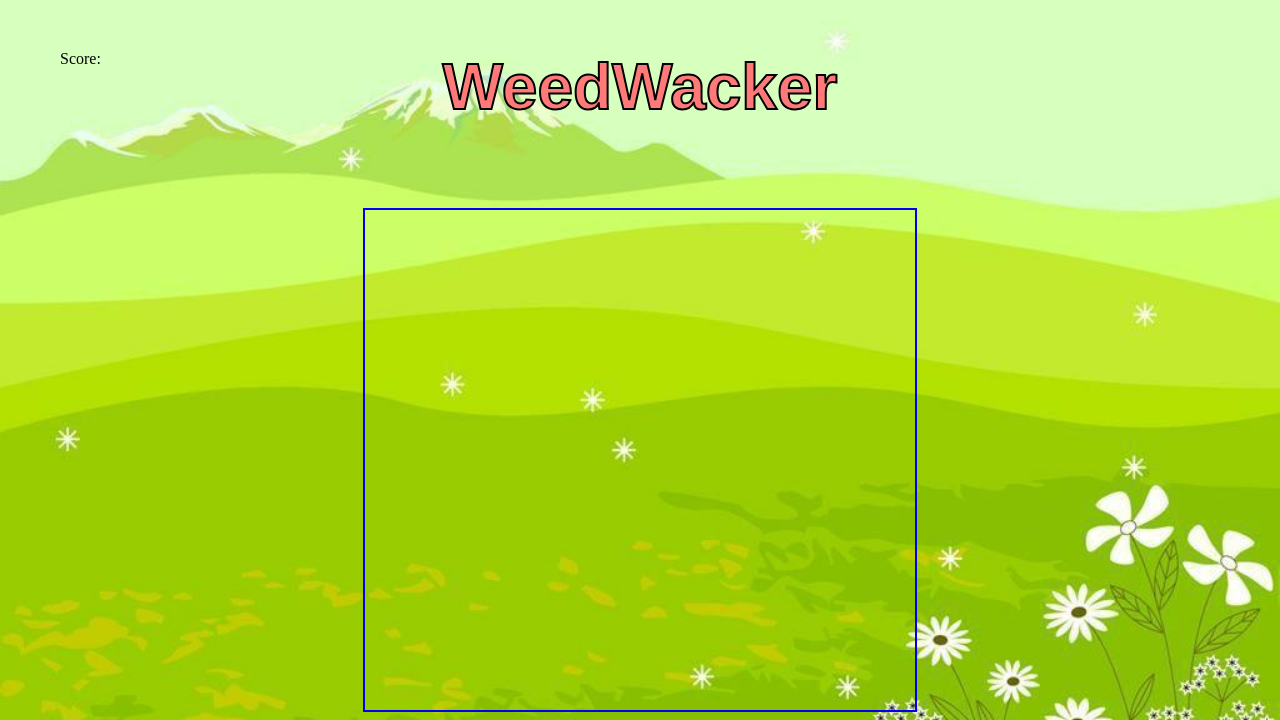
Repository: AustinW24/weedwacker
Page: main.html
These files come from the project's save history. The page is drawn as it stood at one moment and after the next save; the edit follows.
The browser window is 1280 px wide. The pictures show the whole page.
Some web fonts or font styles are not loaded; a fallback is used.

Above is the page before, as saved 2022-02-08 14:27:27.

### main.html
<!DOCTYPE html>
<html lang="en">

<head>
    <meta charset="UTF-8">
    <meta name="viewport" content="width=device-width, initial-scale=1.0">
    <meta http-equiv="X-UA-Compatible" content="ie=edge">
    <title>WeedWacker</title>
    <link href="http://fonts.cdnfonts.com/css/common-pixel" rel="stylesheet">
    <link rel="stylesheet" href="style.css">
</head>

<body>
    <script src="index.js"></script>
    <div class="container">

        <div class="score">Score: </div>
        <div class="heading">
            <h1 class="title">WeedWacker</h1>
        </div>

        <div class="grid"></div>

    </div>
</body>

</html>

### style.css
* {
    box-sizing: border-box;
    margin: 0 auto;
}

.container {
    height: 100vh;
    width: 100vw;
    background: url("/assets/wwbackground.jpg") no-repeat center;
    background-size: 100%;
    display: flex;
    align-items: center;
    justify-content: center;
    position: relative;
}

.grid {
    display: grid;
    place-items: center;
    grid-template-columns: repeat(4, 1fr);
    grid-template-rows: repeat(4, 1fr);
    column-gap: 10px;
    row-gap: 15px;
    width: 550px;
    height: 500px;
    position: absolute;
    bottom: 0;
    margin-bottom: 10px;
    outline: 2px solid blue;
    justify-content: center;
}

.heading {
    display: flex;
    position: absolute;
    top: 0;
    margin-top: 50px;
    font-family: 'Common Pixel', sans-serif;
    color: rgb(255, 121, 121);
    font-size: 2rem;
    -webkit-text-stroke-width: 2px;
    -webkit-text-stroke-color: black;
}

.score {
    left: 0;
    position: absolute;
    top: 0;
    margin-top: 50px;
    margin-left: 60px;
}

### index.js
let score = 0;

After the next save:
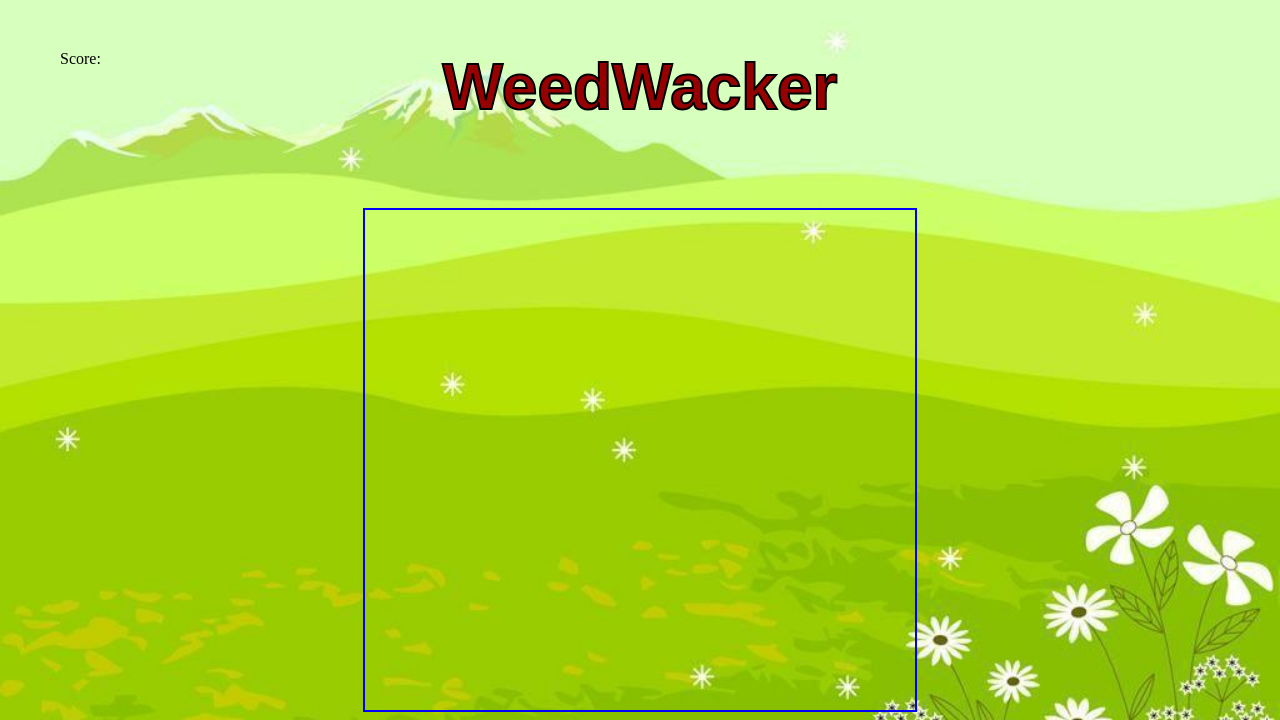
Saved 5 s later.
--- a/style.css
+++ b/style.css
@@ -36,7 +36,7 @@
     top: 0;
     margin-top: 50px;
     font-family: 'Common Pixel', sans-serif;
-    color: rgb(255, 121, 121);
+    color: rgb(150, 0, 0);
     font-size: 2rem;
     -webkit-text-stroke-width: 2px;
     -webkit-text-stroke-color: black;
